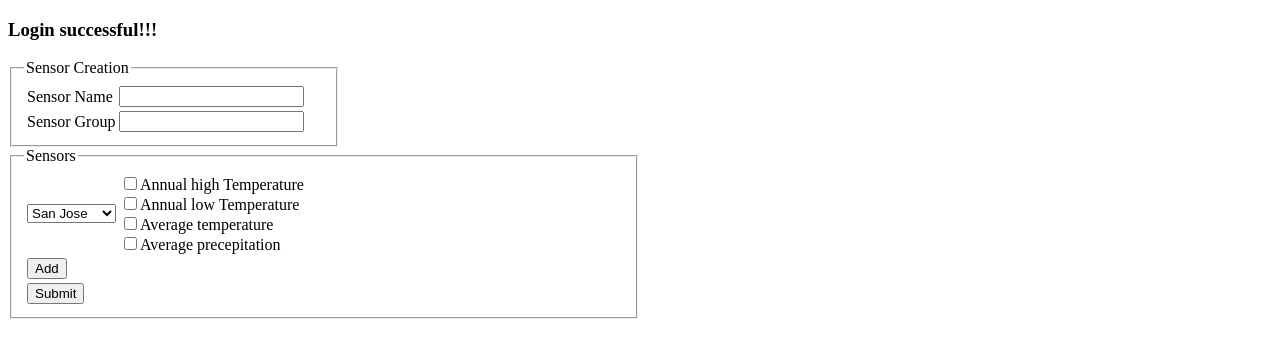
Repository: SharatNH/281mainproject
Page: sensorcloud/WebContent/index.html
An editor plug-in stored every save of this project. The page is shown before and after the next save, followed by the edit.
The browser window is 1280 px wide. The pictures show the whole page.

Above is the page before, as saved 2016-05-15 22:14:11.

### sensorcloud/WebContent/index.html
<!DOCTYPE html>
<html>
<head>
<meta charset="ISO-8859-1">
<title>Insert title here</title>
</head>
<body>
<h3>Login successful!!!</h3>
    <form action="addsensor" method="post">
        <fieldset style="width: 300px">
            <legend> Sensor Creation </legend>
            <table>
                <tr>
                    <td>Sensor Name</td>
                    <td><input type="text" name="sensorname" id="sensorname"  /></td>
                </tr>
                <tr>
                    <td>Sensor Group</td>
                    <td><input type="text" name="sensorgrp" id="sensorgrp"/></td>
                </tr>

            </table>
        </fieldset>
    <fieldset style="width: 600px">
            <legend> Sensors </legend>
            <table>
                <tr>

                    <td>
                    <select>
  						<option value="San Jose">San Jose</option>
  						<option value="Fremont">Fremont</option>
  						<option value="Santa Cruz">Santa Cruz</option>
  						<option value="Nappa">Nappa</option>
					</select>
                    </td>
                    <td>
                    <input type="checkbox" name="sensor" value="Annual high Temperature">Annual high Temperature<br>
                    <input type="checkbox" name="sensor" value="Annual low Temperature">Annual low Temperature<br>
                    <input type="checkbox" name="sesnor" value="Average temperature">Average temperature<br>
                    <input type="checkbox" name="sensor" value="Average precepitation">Average precepitation<br>
                    </td>
                </tr>
                 <tr>
                    <td><input type="submit" value="Add" /></td>
                </tr>
              	<tr>
                   <td><input type="submit" value="Submit" /></td>
                </tr>
            </table>
        </fieldset>


    </form>
</body>
<script>
//ajax

</script>


</html>

After the next save:
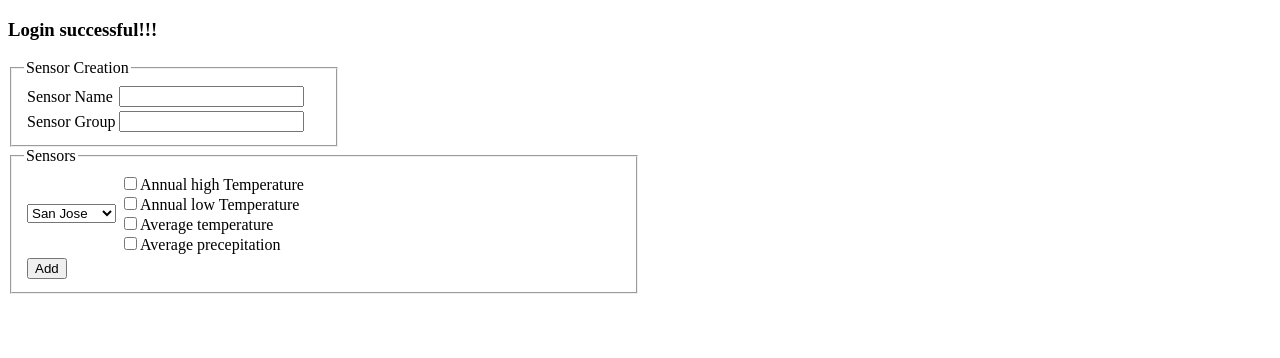
Saved 15 s later.
--- a/sensorcloud/WebContent/index.html
+++ b/sensorcloud/WebContent/index.html
@@ -44,9 +44,7 @@
                  <tr>
                     <td><input type="submit" value="Add" /></td>
                 </tr>
-              	<tr>
-                   <td><input type="submit" value="Submit" /></td>
-                </tr>
+
             </table>
         </fieldset>
 
